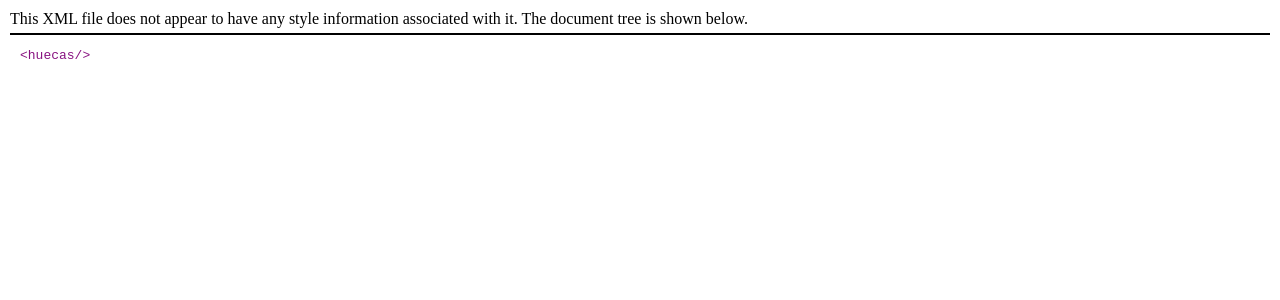
Repository: renzopachecoj/huecas-website
Page: http://localhost/datos.php
The author's editor kept a copy of each file at every save. The page is drawn from the files as they stood at one save, then again after the next save.
The browser window is 1280 px wide. The pictures show the whole page.
The page is run by PHP 8.4 with error messages shown; the project is at /var/www/html/. Queries for data that is not in the repository find no rows.

Above is the page before, as saved 2020-08-02 09:29:37.

### datos.php
<?php
    require("conexion.php");
    // Start XML file, create parent node
    $dom = new DOMDocument("1.0");
    $node = $dom->createElement("huecas");
    $parnode = $dom->appendChild($node);
// Opens a connection to a MySQL server
    $connection=mysqli_connect ($server, $username, $password);
    if (!$connection) {
        die('No se ha conectado : ' . mysqli_error($connection));
    }
// Set the active MySQL database
$db_selected = mysqli_select_db($connection, $database);
if (!$db_selected) {
  die ('Can\'t use db : ' . mysqli_error($connection));
}

// Select all the rows in the markers table
$query = "SELECT * FROM huecas WHERE 1";
$result = mysqli_query($connection, $query);
if (!$result) {
  die('Invalid query: ' . mysqli_error($connection));
}
header("Content-type: text/xml");

// Iterate through the rows, adding XML nodes for each
while ($row = @mysql_fetch_assoc($result)){
    // Add to XML document node
    $node = $dom->createElement("huecas");
    $newnode = $parnode->appendChild($node);
    $newnode->setAttribute("id",$row['id']);
    $newnode->setAttribute("nombre",$row['nombre']);
    $newnode->setAttribute("telefono", $row['telefono']);
    $newnode->setAttribute("direccion", $row['direccion']);
    $newnode->setAttribute("latitud", $row['latitud']);
    $newnode->setAttribute("longitud", $row['longitud']);
    $newnode->setAttribute("facebook", $row['facebook']);
    $newnode->setAttribute("instagram", $row['instagram']);
    $newnode->setAttribute("twitter", $row['twitter']);
  }

  echo $dom->saveXML();

?>

### conexion.php
<?php
   $username="root";
   $password="";
   $database="huecas";
   $server="localhost";
?>

After the next save:
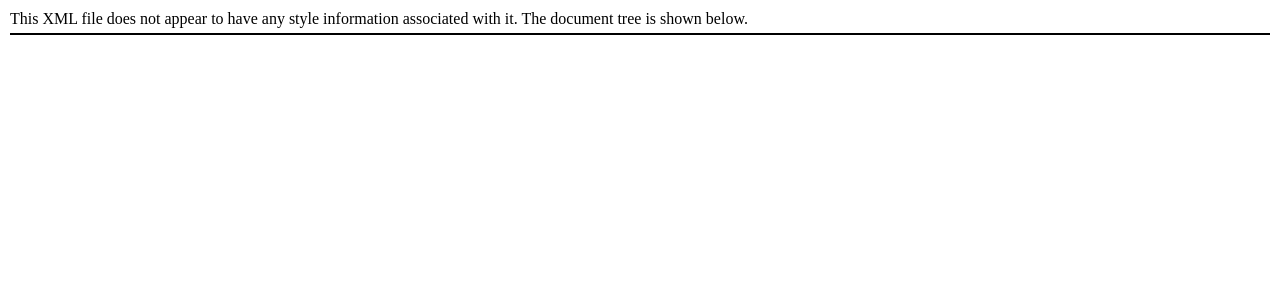
Saved 81 s later.
--- a/datos.php
+++ b/datos.php
@@ -1,9 +1,5 @@
 <?php
     require("conexion.php");
-    // Start XML file, create parent node
-    $dom = new DOMDocument("1.0");
-    $node = $dom->createElement("huecas");
-    $parnode = $dom->appendChild($node);
 // Opens a connection to a MySQL server
     $connection=mysqli_connect ($server, $username, $password);
     if (!$connection) {
@@ -23,22 +19,5 @@ if (!$result) {
 }
 header("Content-type: text/xml");
 
-// Iterate through the rows, adding XML nodes for each
-while ($row = @mysql_fetch_assoc($result)){
-    // Add to XML document node
-    $node = $dom->createElement("huecas");
-    $newnode = $parnode->appendChild($node);
-    $newnode->setAttribute("id",$row['id']);
-    $newnode->setAttribute("nombre",$row['nombre']);
-    $newnode->setAttribute("telefono", $row['telefono']);
-    $newnode->setAttribute("direccion", $row['direccion']);
-    $newnode->setAttribute("latitud", $row['latitud']);
-    $newnode->setAttribute("longitud", $row['longitud']);
-    $newnode->setAttribute("facebook", $row['facebook']);
-    $newnode->setAttribute("instagram", $row['instagram']);
-    $newnode->setAttribute("twitter", $row['twitter']);
-  }
-
-  echo $dom->saveXML();
 
 ?>
